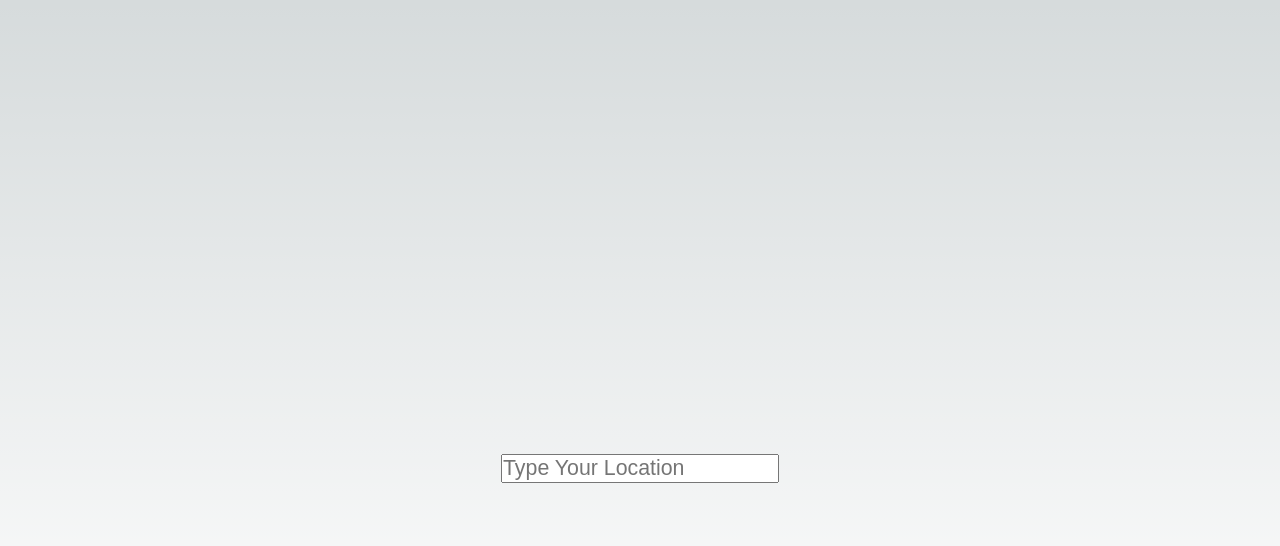
Repository: Heidingg/weather_app
Page: /
The author's editor kept a copy of each file at every save. The page is drawn from the files as they stood at one save, then again after the next save.
The browser window is 1280 px wide. The pictures show the whole page.
The project was rebuilt for these pictures with package versions that can differ from the ones it lists, and the page was loaded fresh each time. The framework's server and built-in components were replaced by stand-ins that run in the browser. Also part of the build but not shown: next.config.js.

Above is the page before, as saved 2023-01-19 22:27:15.

After the next save:
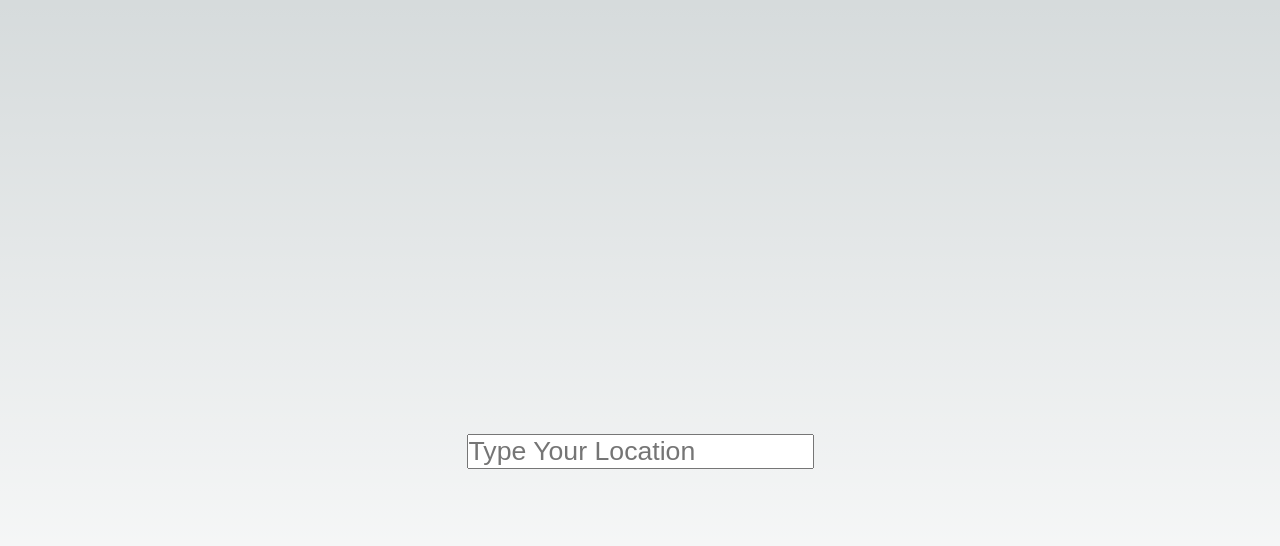
Saved 6 s later.
--- a/styles/globals.css
+++ b/styles/globals.css
@@ -78,7 +78,7 @@
   padding: 0;
   margin: 0;
   font-family: "Montserrat", sans-serif;
-  font-size: 16pt;
+  font-size: 20pt;
 }
 
 html,
